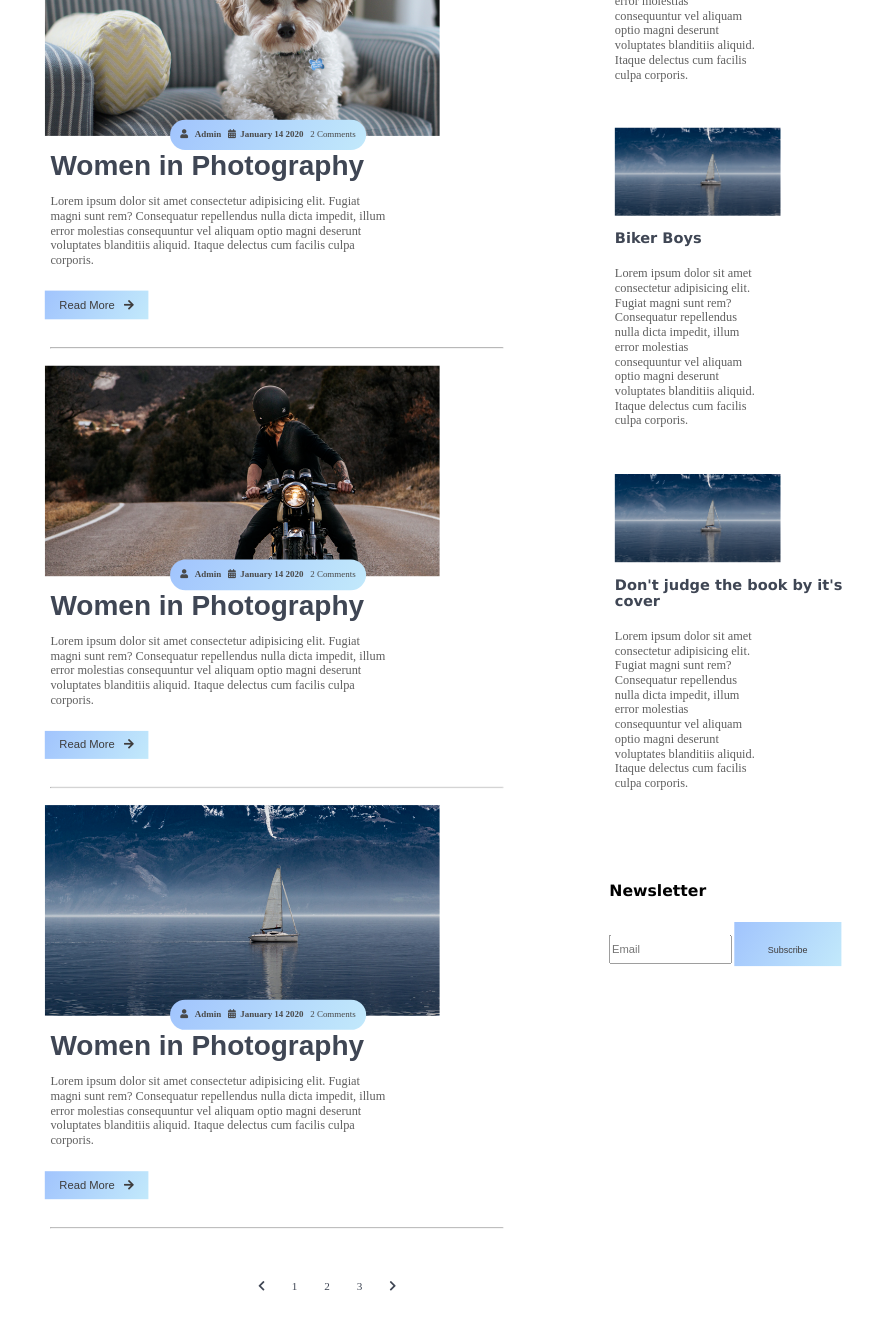
Repository: premjawaharp/Blogsite
Page: index.html
The author's editor kept a copy of each file at every save. The page is drawn from the files as they stood at one save, then again after a run of saves.
The browser window is 1280 px wide. The pictures show the part of the page from y = 2033 to 3953 px (the page is 3953 px tall), at 70% of full size.

Above is the page before, as saved 2020-09-16 21:44:57.

After the next 2 saves:
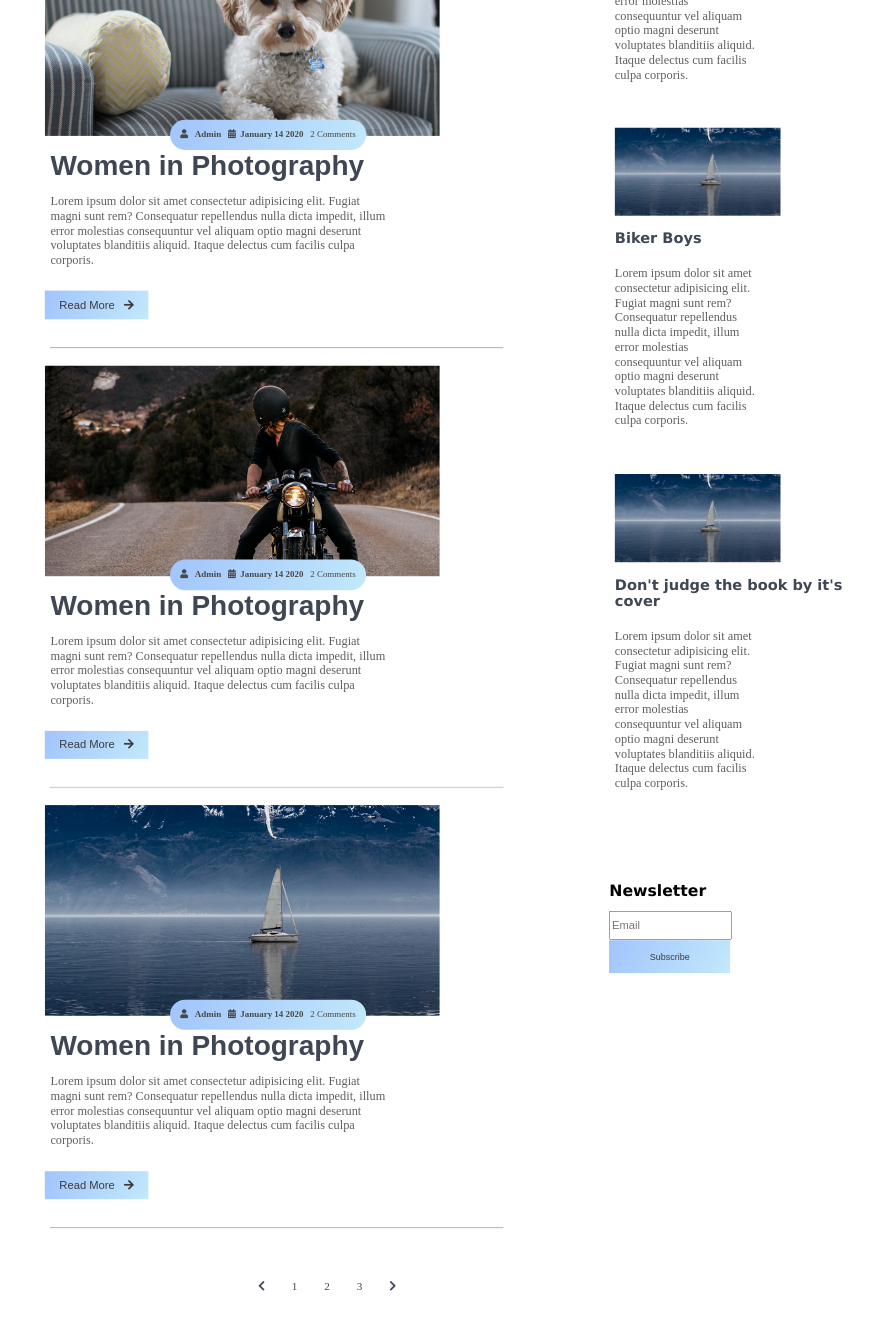
The 2 saves are shown as one change because they came seconds apart.
The last was saved 7 s later.
--- a/css/style.css
+++ b/css/style.css
@@ -401,14 +401,13 @@ main .post-content .post-btn {
     font-size: 1rem;
 }
 .news-inputs{
-    display: flex
+    display: flex;
     width: 50%;
     flex-direction: column;
 }
 main .news-letter .news-form .new-form-btn {
     border-radius: 0;
-    margin-top: 1rem;
-    padding-top:2rem;
+
     background: var(--water-sky);
     font-size:1vw;
 }
